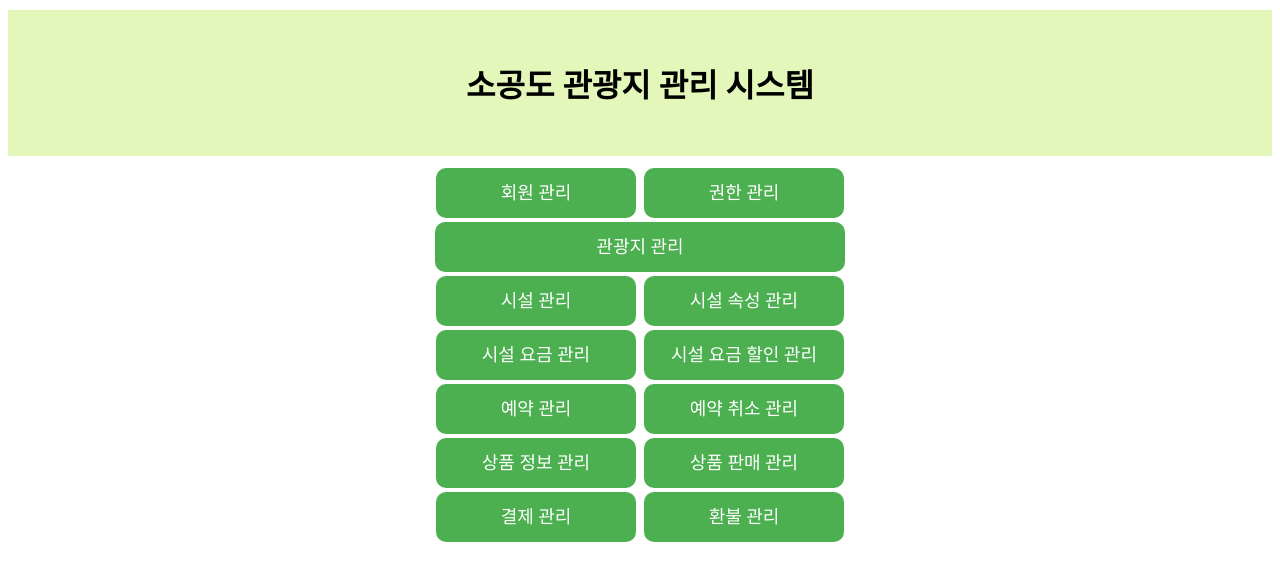
Repository: psyoongsc/SogongDo_Facility
Page: http://localhost/SogongDo_Management_System/
These files come from the project's save history. The page is drawn as it stood at one moment and after the next save; the edit follows.
The browser window is 1280 px wide. The pictures show the whole page.
The page is served by Tomcat 9. Nobody is signed in. The application's start-up code is not run.

Above is the page before, as saved 2020-06-25 15:39:04.

After the next save:
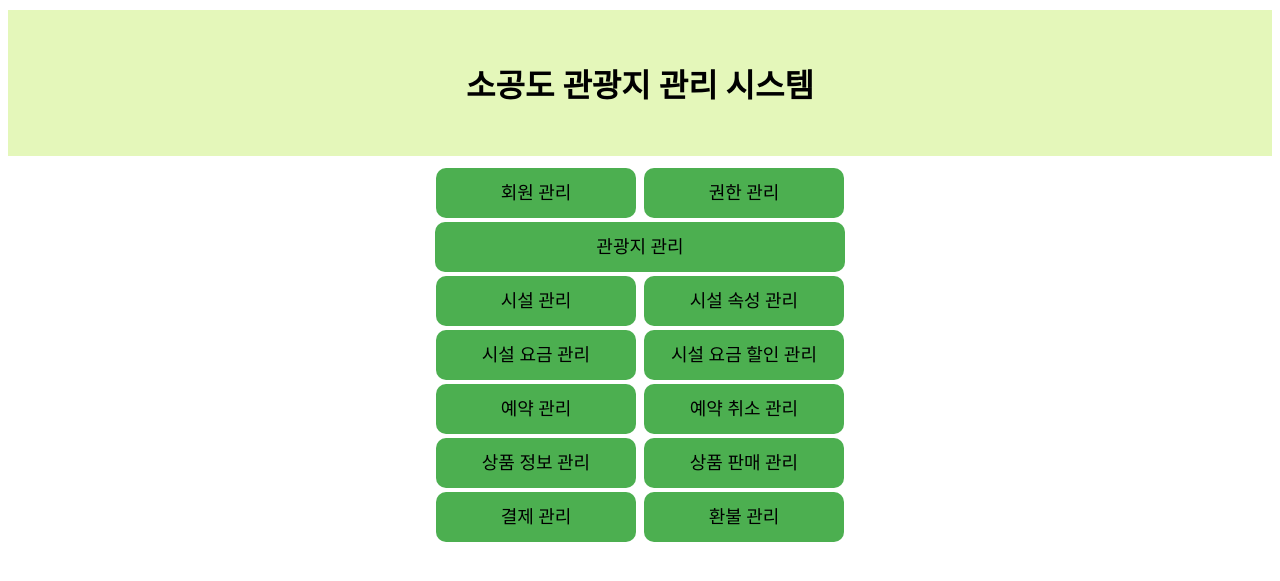
Saved 34 s later.
--- a/SogongDo_Management_System/WebContent/index.jsp
+++ b/SogongDo_Management_System/WebContent/index.jsp
@@ -16,20 +16,13 @@
 	display: inline-block;
 	border-radius: 10px 10px;
 	margin: 2px;
+	color: #000000;
 }
 
 a:hover {
 	background-color: #99FF99;
 	color: #FFFFFF;
 }
-
-a:link {
-	color: white;
-}
-a:visited {
-	color: white;
-}
-
 .container {
 	text-align: center;
 }

After the save that followed:
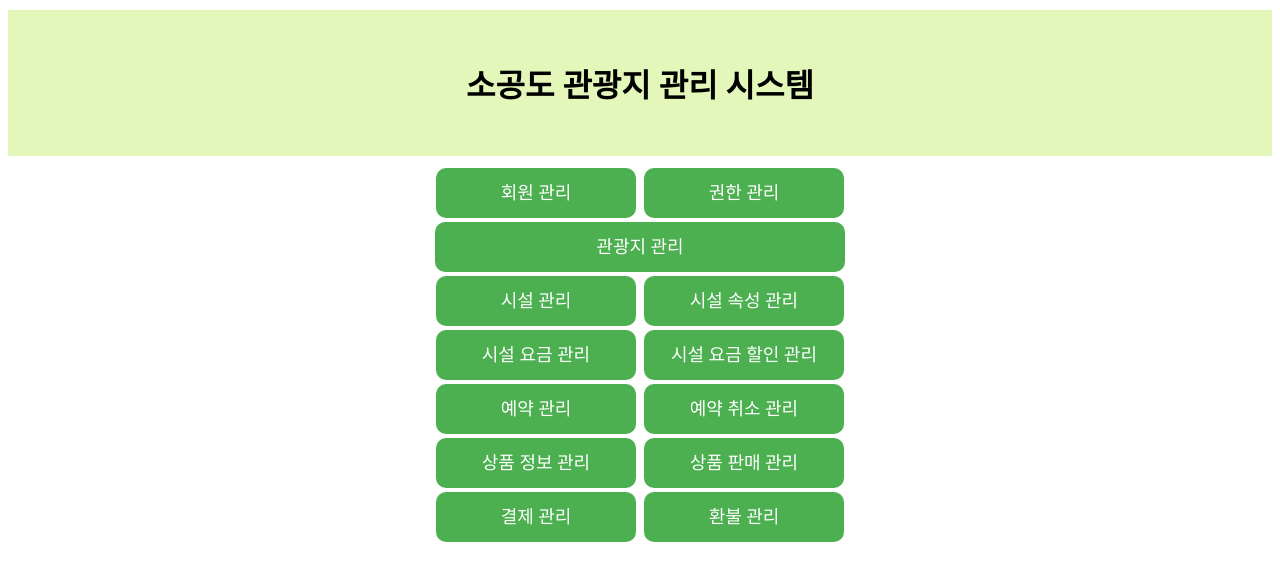
Saved 22 s later.
--- a/SogongDo_Management_System/WebContent/index.jsp
+++ b/SogongDo_Management_System/WebContent/index.jsp
@@ -16,12 +16,12 @@
 	display: inline-block;
 	border-radius: 10px 10px;
 	margin: 2px;
-	color: #000000;
+	color: #FFFFFF;
 }
 
 a:hover {
 	background-color: #99FF99;
-	color: #FFFFFF;
+	color: #000000;
 }
 .container {
 	text-align: center;
